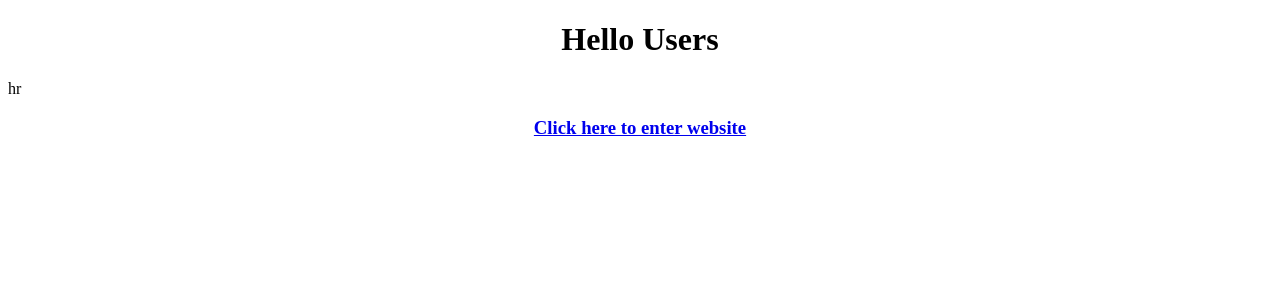
Repository: meet542/AdvanceJava
Page: http://localhost/Web-Project/
These files come from the project's save history. The page is drawn as it stood at one moment and after the next save; the edit follows.
The browser window is 1280 px wide. The pictures show the whole page.
The page is served by Tomcat 9. Other server files are loaded and not shown.

Above is the page before, as saved 2026-08-21 12:37:50.

### jspServlet-Workspace/Web-Project/src/main/webapp/index.jsp
<%@ page language="java" contentType="text/html; charset=UTF-8"
	pageEncoding="UTF-8"%>
<!DOCTYPE html>
<html>
<head>
<meta charset="UTF-8">
<title>Insert title here</title>
</head>
<body>
	<h1 align = "center" >Hello Users</h1>
	hr
	<h3 align = "center"><a href="WelcomeCtl">Click here to enter website</a></h3>
</body>
</html>

After the next save:
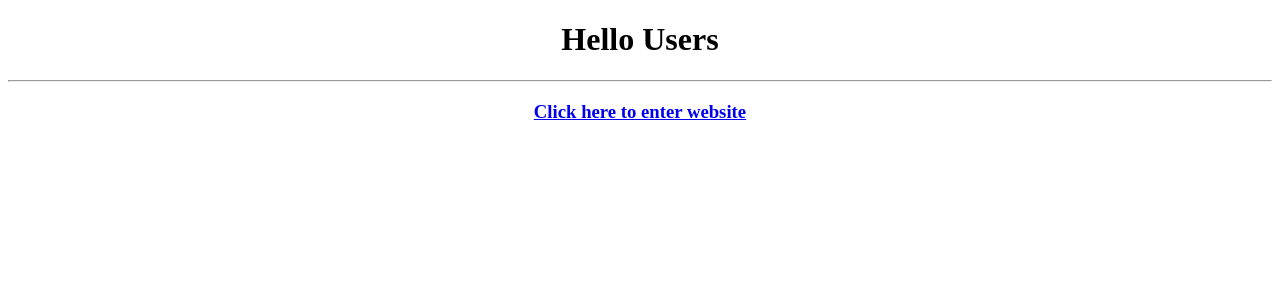
Saved 5 s later.
--- a/jspServlet-Workspace/Web-Project/src/main/webapp/index.jsp
+++ b/jspServlet-Workspace/Web-Project/src/main/webapp/index.jsp
@@ -8,7 +8,7 @@
 </head>
 <body>
 	<h1 align = "center" >Hello Users</h1>
-	hr
+	<hr>
 	<h3 align = "center"><a href="WelcomeCtl">Click here to enter website</a></h3>
 </body>
 </html>
